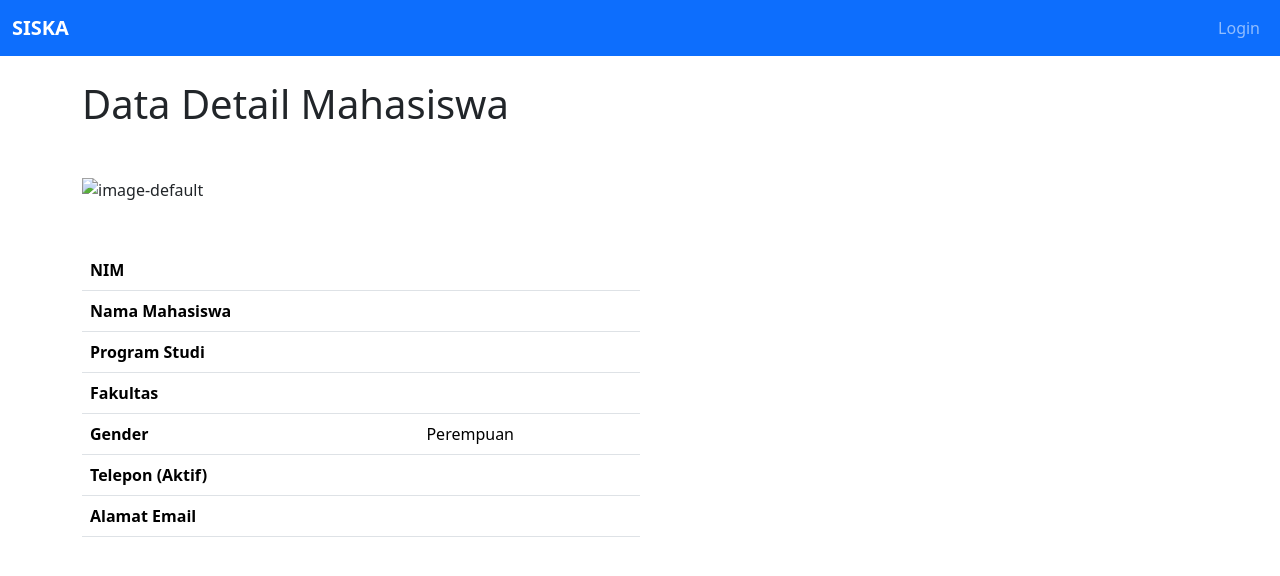
Repository: WiraAtma/administrasi-kampus
Page: resources/views/mahasiswa-detail.blade.php
An editor plug-in stored every save of this project. The page is shown before and after the next save, followed by the edit.
The browser window is 1280 px wide. The pictures show the whole page.
The page is served by the project's Laravel application, run on PHP 8.4 with Laravel 12. The template is opened directly, without the code that normally fills it, so the values that code supplies are empty.

Above is the page before, as saved 2024-10-26 16:11:31.

After the next save:
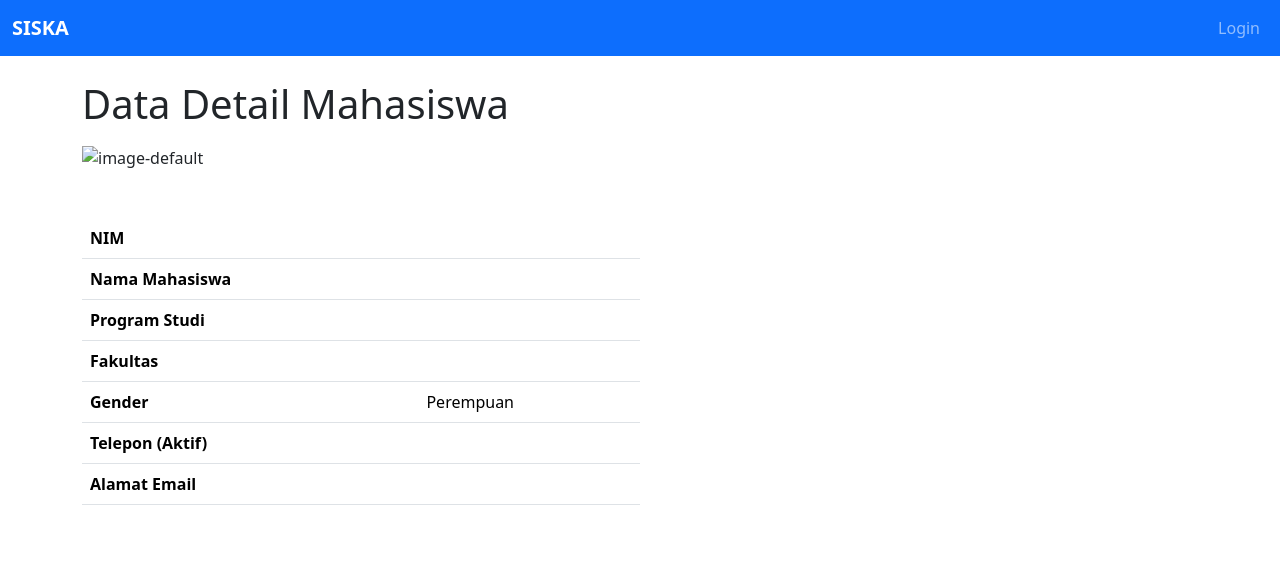
Saved 6 s later.
--- a/resources/views/mahasiswa-detail.blade.php
+++ b/resources/views/mahasiswa-detail.blade.php
@@ -4,7 +4,7 @@
 
 @section('content')
     <h1>Data Detail Mahasiswa</h1>
-    <div class="my-5">
+    <div class="my-3">
         @if ($mahasiswa->image != '')
             <img src="{{ asset('storage/photo/'. $mahasiswa->image) }}" alt="image" style="width:200px">
         @else
